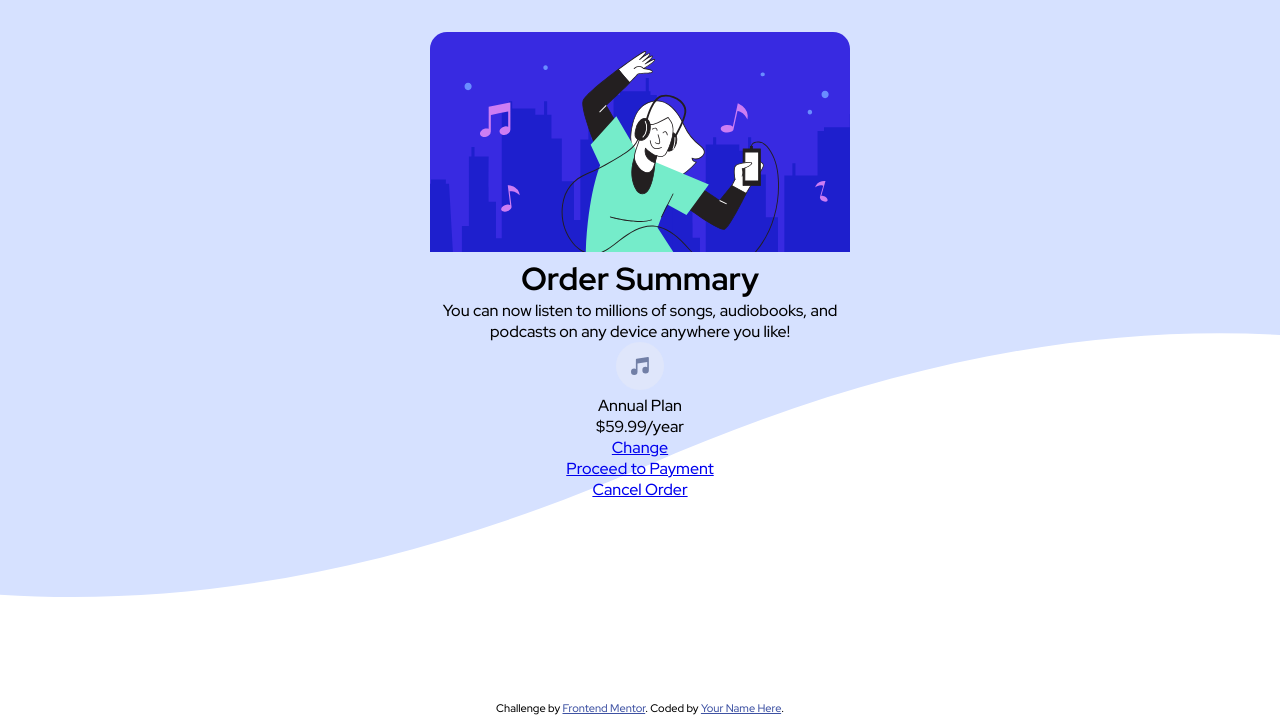
Repository: DejV44/order-summary-frontend
Page: index.html
These files come from the project's save history. The page is drawn as it stood at one moment and after the next save; the edit follows.
The browser window is 1280 px wide. The pictures show the whole page.
The style sheet was rebuilt from its Sass, Less or Tailwind sources for each picture, by a compiler version that may differ from the author's.

Above is the page before, as saved 2021-08-12 20:57:25.

### index.html
<!DOCTYPE html>
<html lang="en">
<head>
  <meta charset="UTF-8">
  <meta name="viewport" content="width=device-width, initial-scale=1.0">
  <link rel="stylesheet" href="css/style.css">

  <link rel="icon" type="image/png" sizes="32x32" href="./images/favicon-32x32.png">

  <title>Frontend Mentor | Order summary card</title>

</head>
<body>
  <div class="container">
    <div class="backgr">
      <img src="/images/illustration-hero.svg" alt="hero">
    </div>
    <div class="content">
      <h1>Order Summary</h1>
      <p>You can now listen to millions of songs, audiobooks, and podcasts on any
      device anywhere you like!</p>
    </div>
    <div class="price_container">
      <div class="annual">
        <img src="/images/icon-music.svg" alt="music">
        <p>Annual Plan</p>
        <p>$59.99/year</p>
      </div>
      <a href="#">Change</a>
    </div>
    <div class="button">
      <a href="#">Proceed to Payment</a>
    </div>
    <div class="cancel_button">
      <a href="#">Cancel Order</a>
    </div>

  </div>

  <div class="attribution">
    Challenge by <a href="https://www.frontendmentor.io?ref=challenge" target="_blank">Frontend Mentor</a>.
    Coded by <a href="#">Your Name Here</a>.
  </div>
</body>
</html>

### css/style.scss
* {
    margin: 0;
    padding: 0;
}
@import url('https://fonts.googleapis.com/css2?family=Red+Hat+Display:wght@500;700;900&display=swap');
@import "variables";
@import "mixins";

body {
    @include body;
    @include fonts;
}

.container {
    @include container;
    @include border;

}
.attribution {
    @include attribution;
}

### css/_variables.scss
// ---COLORS--

$Paleblue: hsl(225, 100%, 94%);
$Brightblue: hsl(245, 75%, 52%);
$VeryPaleBlue: hsl(225, 100%, 98%);
$Desaturatedblue: hsl(224, 41%, 36%);
$DarkBlue: hsl(223, 47%, 23%);

### css/_mixins.scss
@mixin fonts {
    font-family: 'Red Hat Display', sans-serif;
}

@mixin backgroundMob {
    background: url(/images/pattern-background-mobile.svg);
    background-repeat: no-repeat;
    background-size: cover;
    background-position: center;
}

@mixin container {
    max-width: 420px;
    margin: 0 auto;
    text-align: center;
    overflow: hidden;
    @include fonts;
}

@mixin border {
    border-radius: 17px;

}

@mixin attribution {
    position: fixed;
    bottom: 5px;
    font-size: 11px; text-align: center;
    a {
        color: hsl(228, 45%, 44%);
    }
}

@mixin body {
    @include backgroundMob;
    display: flex;
    justify-content: center;
    align-items: center;
    margin: 2rem auto;
}

@mixin content {
    margin: 2rem;
}

After the next save:
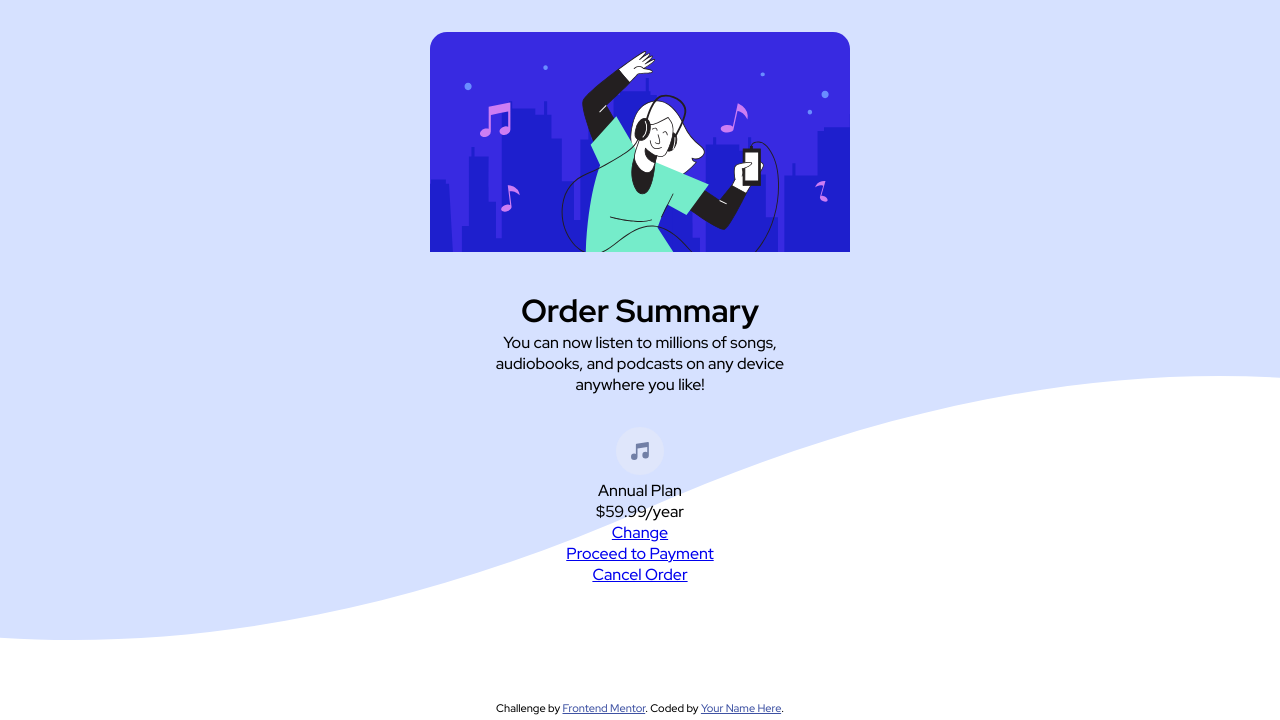
Saved 27 s later.
--- a/css/style.scss
+++ b/css/style.scss
@@ -19,3 +19,7 @@ body {
 .attribution {
     @include attribution;
 }
+
+.content {
+    @include content;
+}
